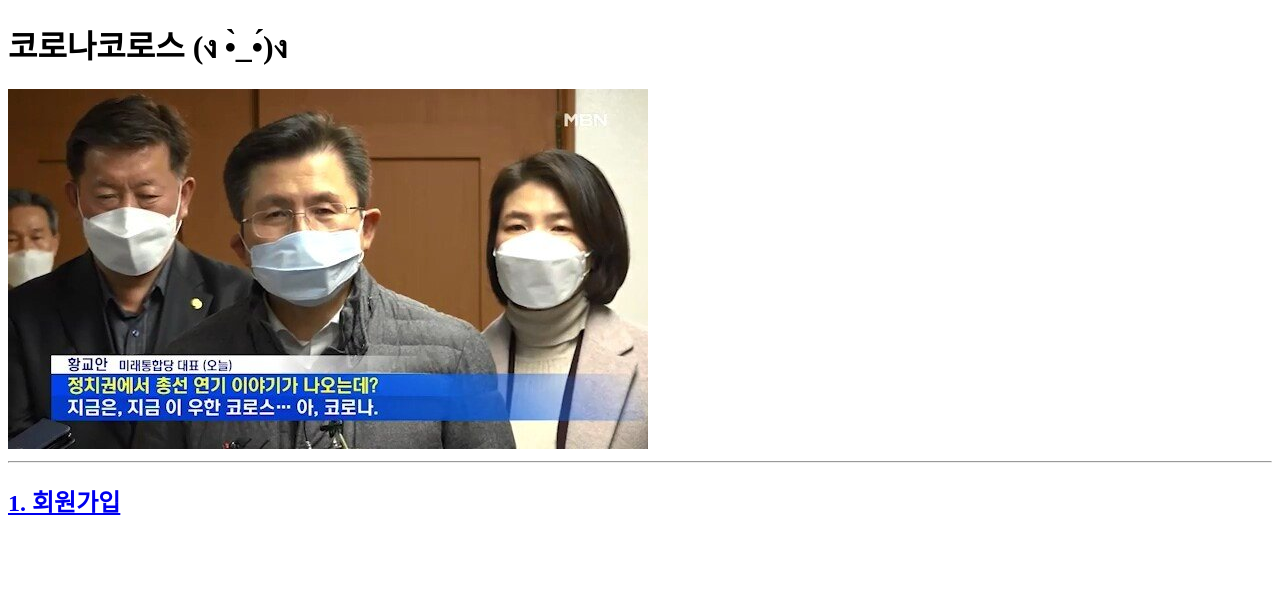
Repository: bbookk1104/spring-workspace
Page: http://localhost/practice_CRUD/
An editor plug-in stored every save of this project. The page is shown before and after the next save, followed by the edit.
The browser window is 1280 px wide. The pictures show the whole page.
The page is served by Tomcat 9.

Above is the page before, as saved 2022-09-30 09:05:01.

After the next save:
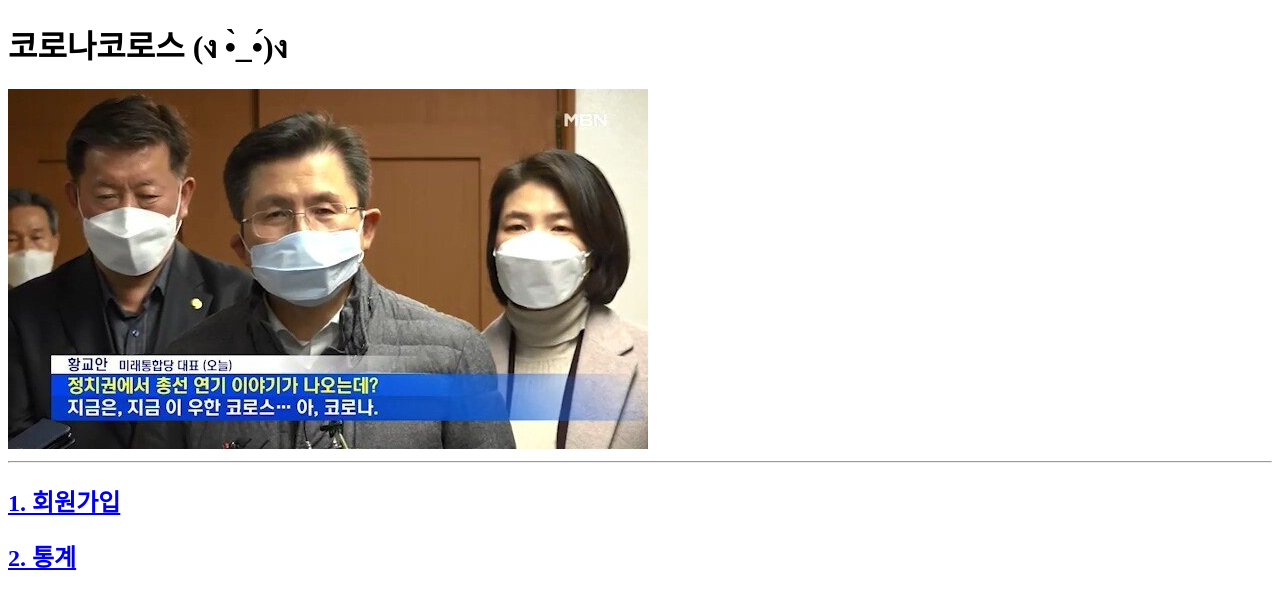
Saved 59 s later.
--- a/practice_CRUD/src/main/webapp/index.jsp
+++ b/practice_CRUD/src/main/webapp/index.jsp
@@ -11,5 +11,6 @@
 	<img src="/resources/img/coross.jpg">
 	<hr>
 	<h2><a href="/joinFrm.do">1. 회원가입</a></h2>
+	<h2><a href="https://search.naver.com/search.naver?where=nexearch&sm=top_hty&fbm=1&ie=utf8&query=%EC%BD%94%EB%A1%9C%EB%82%98">2. 통계</a></h2>
 </body>
 </html>
